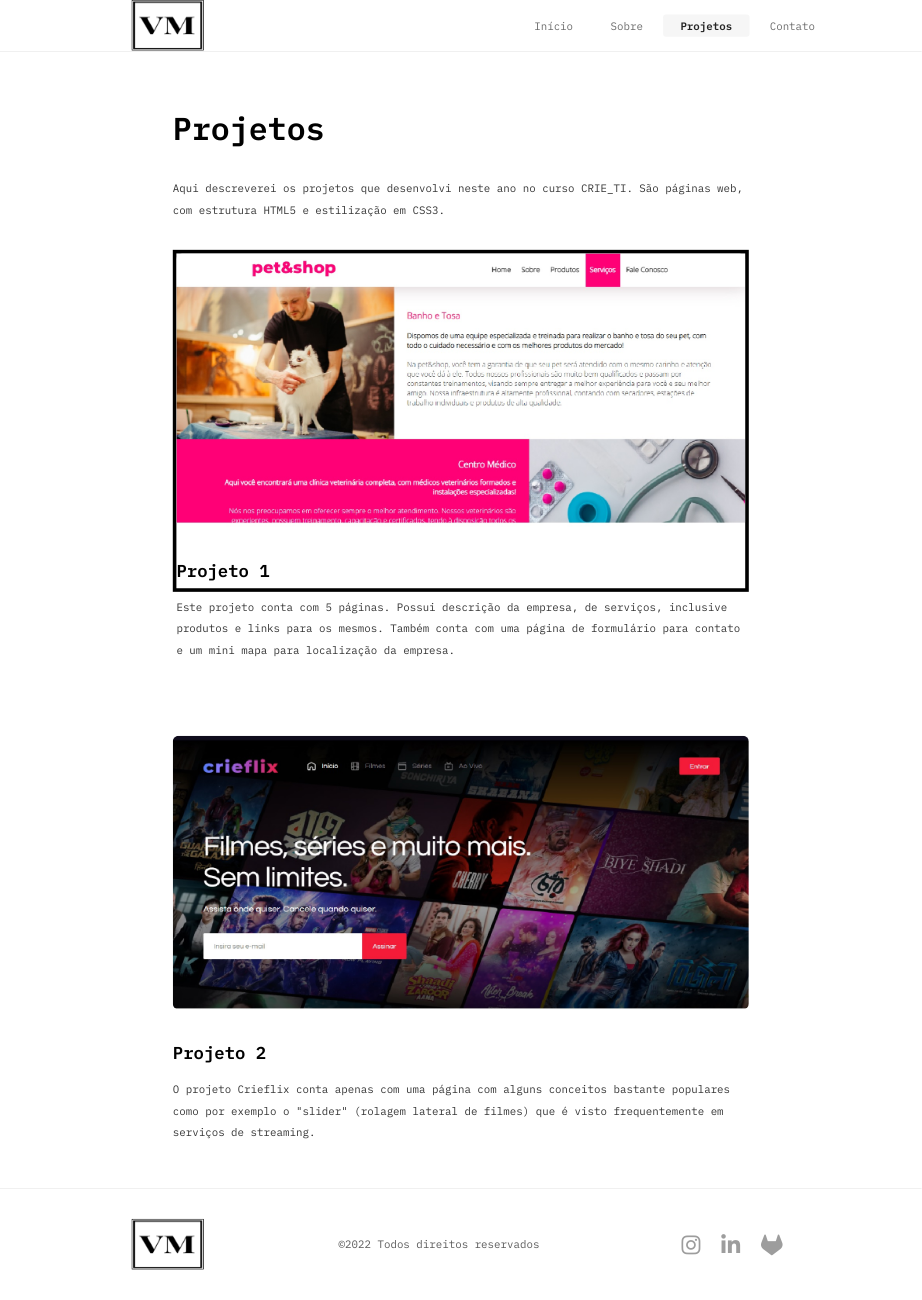
Repository: viictormatias/viictormatias.github.io
Page: projects.html
An editor plug-in stored every save of this project. The page is shown before and after the next save, followed by the edit.
The browser window is 1280 px wide. The pictures show the whole page, at 72% of full size.
Some web libraries are served in a nearby version.

Above is the page before, as saved 2023-01-23 10:48:21.

After the next save:
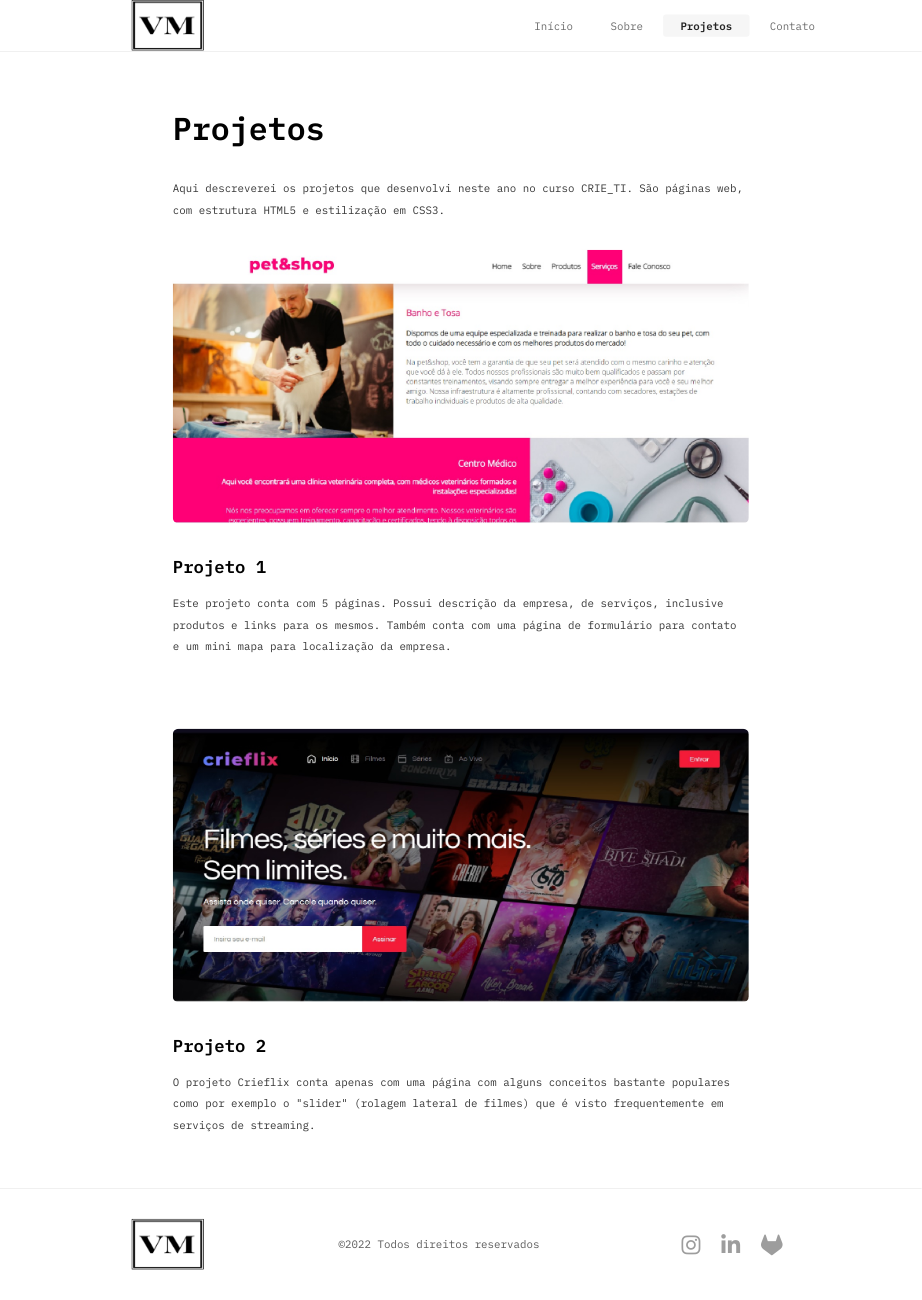
Saved 55 s later.
--- a/projects.html
+++ b/projects.html
@@ -46,15 +46,13 @@
     <section class="projects__page">
         <h1 class="projects__h1">Projetos</h1>
         <p class="projects__text">Aqui descreverei os projetos que desenvolvi neste ano no curso CRIE_TI. São páginas web, com estrutura HTML5 e estilização em CSS3.</p>
-        <div class="project_border">
-            <div class="project__example">
-                <img class="picture__project" src="./images/petshop.jpg"  width="1000px">
-            </div>
-            <div class="project__desc__container">
-                <h2 class="projects__title__1">Projeto 1</h2>
-                <p class="project__description">Este projeto conta com 5 páginas. Possui descrição da empresa, de serviços, inclusive produtos e links para os mesmos. Também conta com uma página de formulário para contato e um mini mapa para localização da empresa.</p>
-            </div>
-        </div>
+    <div class="project__example">
+        <img class="picture__project" src="./images/petshop.jpg"  width="1000px">
+    </div>
+    <div class="project__desc__container">
+        <h2 class="projects__title__1">Projeto 1</h2>
+        <p class="project__description">Este projeto conta com 5 páginas. Possui descrição da empresa, de serviços, inclusive produtos e links para os mesmos. Também conta com uma página de formulário para contato e um mini mapa para localização da empresa.</p>
+    </div>
     <div class="project__example__2" id="projeto2">
         <img class="picture__project" src="./images/crieflix.jpg" width="1000px">
     </div>
